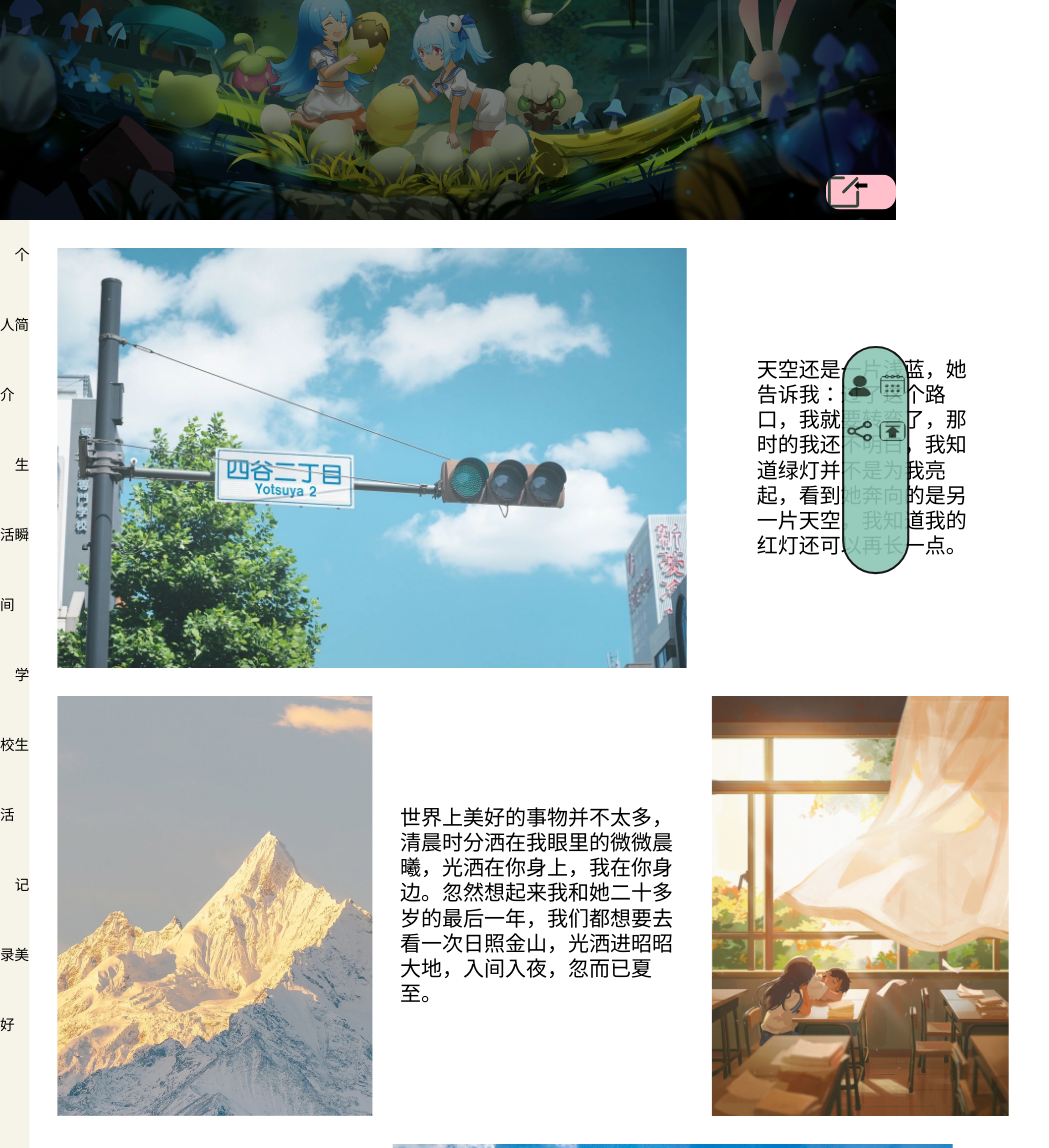
Repository: LuoMingxiang/personal-web
Page: 个人网页.html
The author's editor kept a copy of each file at every save. The page is drawn from the files as they stood at one save, then again after the next save.
The browser window is 1280 px wide. The page is 1481 px wide, then 1499 px, then 1481 px, so the pictures cover 1499 px, including what lies to the right of the window. The pictures show the part of the page from y = 405 to 2045 px (the page is 5415 px tall), at 70% of full size.

Above is the page before, as saved 2022-11-06 21:20:19.
Console error: ReferenceError: $ is not defined

### 个人网页.html
<!DOCTYPE html>
<html lang="en">

<head>
    <meta charset="UTF-8">
    <meta http-equiv="X-UA-Compatible" content="IE=edge">
    <meta name="viewport" content="width=device-width, initial-scale=1.0">
    <title>Personal Page</title>
    <link href="CSS/person.css" rel="stylesheet" type="text/css">
</head>

<body>
    <header>
        <div class="main">
            <ul class="nav">
                <li class="active"><a href="#">首页</a></li>
                <li><a href="https://www.douyin.com/user/MS4wLjABAAAAqLax_QWLrgQVyPnH0NhT_vt7N41OGVWqVMpveifAVXE"
                        target="_blank">记录美好</a>
                </li>
                <li>
                    <a href="#">社交</a>
                    <ul>
                        <a href="https://space.bilibili.com/38588498" target="_blank">Bilibili个人中心</a>
                        <a href="https://www.douyin.com/user/MS4wLjABAAAAqLax_QWLrgQVyPnH0NhT_vt7N41OGVWqVMpveifAVXE"
                            target="_blank">抖音个人中心</a>
                        <a href="https://www.xiaohongshu.com/explore" target="_blank">小红书</a>
                    </ul>
                </li>
                <li>
                    <a href="#introduce">个人简介</a>
                    <ul>
                        <a href="">个人简介1</a>
                        <a href="">个人简介2</a>
                        <a href="">个人简介3</a>
                    </ul>
                </li>
                <li>
                    <a href="#live">生活瞬间</a>
                    <ul>
                        <a href="">生活瞬间1</a>
                        <a href="">生活瞬间2</a>
                        <a href="">生活瞬间3</a>
                    </ul>
                </li>
                <li>
                    <a href="#school">校园生活</a>
                    <ul>
                        <a href="">校园生活1</a>
                        <a href="">校园生活2</a>
                        <a href="">校园生活3</a>
                    </ul>
                </li>
            </ul>
        </div>
        <div class="title">
            <h1>
                <span style="color: rgb(244,96,108);">M</span><span style="color:rgb(230,206,172)">y</span>
                <span style="color: rgb(236, 173, 158);">H</span>o<span
                    style="color: rgb(140, 199, 181);">me</span><span style="color: rgb(209,186,116);">p</span><span
                    style="color: pink;">age</span>
            </h1>
        </div>
    </header>
    <div class="content">
        <div class="container">
            <div class="left-group">
                <!-- 左边区域 -->
                <ul style="line-height:100px;">
                    <li class="personal"><a href="#introduce">个人简介</a></li>
                    <li class="personal"><a href="#live">生活瞬间</a></li>
                    <li class="personal"><a href="#school">学校生活</a></li>
                    <li class="personal"><a href="#photo">记录美好</a></li>
                </ul>
            </div>
            <div class="mid-group">
                <div class="introduce">
                    <div class="introduce_item">
                        <img class="introduce_item_img1" src="images/22.png" alt="">
                        <span class="introduce_item_title1">
                            天空还是一片浅蓝，她告诉我：过了这个路口，我就要转弯了，那时的我还不明白，我知道绿灯并不是为我亮起，看到她奔向的是另一片天空，我知道我的红灯还可以再长一点。
                        </span>
                    </div>
                    <div class="introduce_item">
                        <img class="introduce_item_img2" src="images/23.png" alt="">
                        <span class="introduce_item_title2">
                            世界上美好的事物并不太多，清晨时分洒在我眼里的微微晨曦，光洒在你身上，我在你身边。忽然想起来我和她二十多岁的最后一年，我们都想要去看一次日照金山，光洒进昭昭大地，入间入夜，忽而已夏至。
                        </span>
                        <img class="introduce_item_img2" src="images/35.JPG " alt="">
                    </div>
                    <div class="introduce_item">
                        <span
                            class="introduce_item_title3">微风渐渐拂过，云朵翻涌成夏，夏日欲渐浓郁。在去见你的路上，阳光温暖云朵可爱，柠檬水打翻的瞬间，我看到了夏天，想必风吹过来也是甜甜的吧。</span>
                        <img class="introduce_item_img3" src="images/24.png" alt="">
                    </div>
                    <div class="introduce_item">
                        <img class="introduce_item_img2" src="images/28.png" alt="">
                        <span class="introduce_item_title2">
                            天气好心情就会变好，看周围一切都变得顺眼起来，周围绿树成荫。既然“明天见，就是我会去找你”，那“天气好的话，我们就见面吧：D”

                        </span>
                        <img class="introduce_item_img2" src="images/33.png " alt="">
                    </div>
                </div>
                <div class="live" id="live">生活瞬间</div>
                <div class="school" id="school">学校生活</div>
                <div class="photo" id="photo">
                    <div class="photo_item">
                        <img class="photo_item_img" src="images/42.png" alt="">
                        <img class="photo_item_img" src="images/37.JPG" alt="">
                        <img class="photo_item_img" src="images/5.JPG" alt="">
                    </div>
                    <div class="photo_item">
                        <img class="photo_item_img" src="images/40.jpg" alt="">
                        <img class="photo_item_img" src="images/39.jpg" alt="">
                        <img class="photo_item_img" src="images/41.jpg" alt="">
                    </div>
                    <div class="photo_item">
                        <img class="photo_item_img" src="images/12.JPG" alt="">
                        <img class="photo_item_img" src="images/10.JPG" alt="">
                        <img class="photo_item_img" src="images/14.JPG" alt="">
                    </div>
                </div>
                <div class="board">
                    <p style="font-size: 2em;text-align: center;">留言板</p>
                    <textarea name="" id="" class="liuyan"></textarea>
                    <button class="btn_fabu">发布</button>
                    <ul>
                    </ul>
                </div>
            </div>
            <div class="right-group">
                <div class="slider-bar">
                    <ul>
                        <!-- 个人 -->
                        <li><a href="" style="background-image: url(./icon/person.png);"></a></li>
                        <!-- 日历 -->
                        <li><a href="" style="background-image: url(./icon/calendar.png);"></a></li>
                        <!-- 分享 -->
                        <li><a href="" style="background-image: url(./icon/share.png);"></a></li>
                        <!-- 返回顶部 -->
                        <li><a href="#" class="goBack" style="background-image: url(./icon/returnPage.png);"></a></li>
                    </ul>
                </div>
                <div class="feedback">
                    <div style="background-image: url(./icon/feedback.png);">⬅</div>
                    <!-- <div class="feedback_con">反馈</div> -->
                </div>
            </div>
        </div>
        <div class="foot">foot</div>
    </div>
</body>
<!-- <script src="./JS/person.js" type="text/javascript"></script> -->
<script src="./JS/person.js" type="text/javascript"></script>

</html>

### CSS/person.css

* {
    padding: 0;
    margin: 0;
    font-family: "楷体";

}

header {
    background-image: linear-gradient(rgba(0, 0, 0, 0.5), rgba(0, 0, 0, 0.5)),
    url(../images/2233娘.jpg);
    height: 100vh;
    background-size: cover;
    background-position: center;
}


.main ul {
    float: right;
    list-style-type: none;
    margin: 15px;

}
.nav a{
    display: block;

}
.nav ul{
    display: none;
}

ul li {
    display: inline-block;

}

ul li a {
    text-decoration: none;
    color: #fff;
    padding: 5px 20px;
    border: 1px solid transparent;
    transition: .6s ease;
    border-radius: 20px;

}

ul li a:hover {
    background-color: #fff;
    color: #000;
}

.title {
    position: absolute;
    top: 50%;
    left: 50%;
    transform: translate(-50%, -50%);
}

.title h1,
h1 span {
    color: #fff;
    font-size: 70px;
    font-family: Century Gothic;
}

.left-group,
.right-group {
    width: 200px;
    background-color: #F6F4E8;
    text-align: center;
    font-size: 1.3em;
}

.mid-group {
    flex: 1;
}

.container {
    /* position: absolute; */
    width: 100%;
    display: flex;
    top: 100px;
    bottom: 100px;
}

.personal {
    display: list-item;
    text-align: center;
}

.personal a {
    color: #000;
}

.introduce {
    display: flex;
    flex-direction: column;
}

.introduce_item {
    display: flex;
    font-size: 30px;
    justify-content: center;
    margin-top: 40px;
}

.introduce_item_img1 {
    margin-left: 40px;
    height: 600px;
}

.introduce_item_img2 {
    margin-right: 40px;
    margin-left: 40px;
    height: 600px;
}

.introduce_item_img3 {
    height: 600px;

}

.introduce_item_title1 {
    width: 300px;
    margin-left: 100px;
    line-height: 36px;
    align-self: center;
    padding-right: 100px;
}

.introduce_item_title2 {
    flex: 1;
    align-self: center;
    line-height: 36px;
}

.introduce_item_title3 {
    width: 300px;
    line-height: 36px;
    align-self: center;
    padding-right: 100px;
}

.photo_item {
    display: flex;
    flex: 1;
    margin-top: 110px;
    margin-left: auto;
    margin-right: auto;
}

.photo_item_img {
    margin-left: auto;
    margin-right: 50px;
    float: left;
    height: 500px;
}

.board{
    padding-top: 1em;
    height: 200px;
    text-align: center;
}

.board textarea{
    font-size: 1.5em;
    width: 300px;
    height: 150px;
    border: 3px ;
    border-radius:20px;
    outline: none;
    resize: none;
    overflow: hidden;
    background-color: #FDF5E6;
    padding: 0.7em;

}
.btn_fabu{
    font-size: 2em;
    border: 2px solid #3d649b;
    border-radius:15px;
    background-color: #cdd9e2;
}
.btn_fabu:hover{
    cursor: pointer;
    background-color: #718eb6;
}
.btn_fabu button{
    padding-left: 10px;
    /* background-color: #dbe0bf; */
}
.board ul li {
    display:block;
    width: 380px;
    padding: 8px ;
    background-color: #e8eccf;
    border-radius:20px;
    color: #454c3c;
    font-weight: bolder;
    font-size: 20px;
    margin: 10px auto;
}

.board ul li a{
    float: right;
    color: #1f1cc1;
    padding: 0;
}
.board ul li button{
    border-radius: 15px;
    width: 42px;
    height: 24.4px;
    float: right;
    border: none;
    background-color: transparent;
    color: #d6793d;
    font-weight: bolder;
    font-size: 20px;
    margin-right: 10px;
}
.board ul li button:hover{
    cursor: pointer;
    background-color: #fff;
    border: none;
}
.slider-bar{
    top: 900px;
    width: 90px;
    height: 320px;
    position: absolute;
    border-radius: 50px;
    background:#8cc7b5;
    left: 94%;
    opacity:90%;
    border:solid #000;
    font-weight: bolder;
}
.slider-bar a{
    color: #000;
    background-repeat: no-repeat;
    background-size: 100% 100%;
}
.slider-bar li{
    margin-top: 2em;
}
.feedback div{
    /* left: 93%; */
    right: 0%;
    width: 100px;
    height: 50px;
    background-color: pink;
    position: fixed;
    top: 91%;
    border-radius: 20px;
    border: none;
    font-size: larger;
    background-repeat: no-repeat;
    background-size: contain;
}
.feedback_con{
    right: 0%;
    background-color: blue;
    z-index: -1;
    position: fixed;
    width: 200px;
    height: 50px;
}

### JS/person.js
// 导航下拉菜单栏 js原生实现
// var nav = document.querySelector('.nav');
// var lis = nav.children;
// for (var i = 0; i < lis.length; i++) {
//     lis[i].onmouseover = function () {
//         this.children[1].style.display = 'block';
//     }
//     lis[i].onmouseout = function () {
//         this.children[1].style.display = 'none';
//     }
// }
// jQuery实现 方法一
// $(".nav>li").mouseover(function () {
//     $(this).children("ul").slideDown(200);
// });
// $(".nav>li").mouseout(function () {
//     $(this).children("ul").slideUp(200);
// });
// jQuery实现 方法二
// $(".nav>li").hover(function () {
//     $(this).children("ul").slideDown(200);
// }, function () {
//     $(this).children("ul").slideUp(200);
// });
// jQuery实现 方法三

$(".nav>li").hover(function () {
    // 写stop()是结束动画排队的问题
    $(this).children("ul").stop().slideToggle();

});


var board = document.querySelector('.board');
var text_liuyan = document.querySelector('.liuyan');
var btn_fabu = document.querySelector('.btn_fabu');
var ul_fabu = board.querySelector("ul");
btn_fabu.onclick = function () {
    if (text_liuyan.value == '') {
        alert('您没有输入内容');
        return false;
    } else {
        // (1) 创建元素
        var li = document.createElement('li');
        // 先有li 才能赋值 javascript:;可能会引起未知的错误
        // li.innerHTML = text_liuyan.value + "<a href='#'>删除</a>";
        li.innerHTML = text_liuyan.value + "<a id='delete1' href='javascript:;'>删除</a>" + "  " + "<button id='add1'>+1</button>";
        // (2) 添加元素
        ul_fabu.insertBefore(li, ul_fabu.children[0]);
        // (3) 删除元素
        document.getElementById('delete1').addEventListener('click', function (e) {
            var box = document.getElementById("delete1");
            box.parentNode.remove();
        });
        // (4)留言加一 但未真正实现留言板加一的功能，新增的留言不能实现删除和加一
        document.getElementById('add1').addEventListener('click', function (e) {
            var box = document.getElementById("add1");
            var lili = box.parentNode.cloneNode(true);
            ul_fabu.insertBefore(lili, ul_fabu.children[0]);
        })
    }
}
var sliderbar = document.querySelector('.slider-bar');
var container = document.querySelector('.container');
// console.log(container.offsetTop);
var juli = sliderbar.offsetTop - container.offsetTop;
// console.log(juli);
document.addEventListener('scroll', function () {
    if (window.pageYOffset >= container.offsetTop) {
        sliderbar.style.top = juli + 'px';
        sliderbar.style.position = 'fixed';
    } else {
        sliderbar.style.position = 'absolute';
        sliderbar.style.top = '900px';
    }
});
// 返回顶部 方法二 js实现
var goBack = document.querySelector('.goBack');
goBack.addEventListener('click', function () {
    window.scroll(0, 0);
});
var feedback = document.querySelector('.feedback');
console.log(feedback);

After the next save:
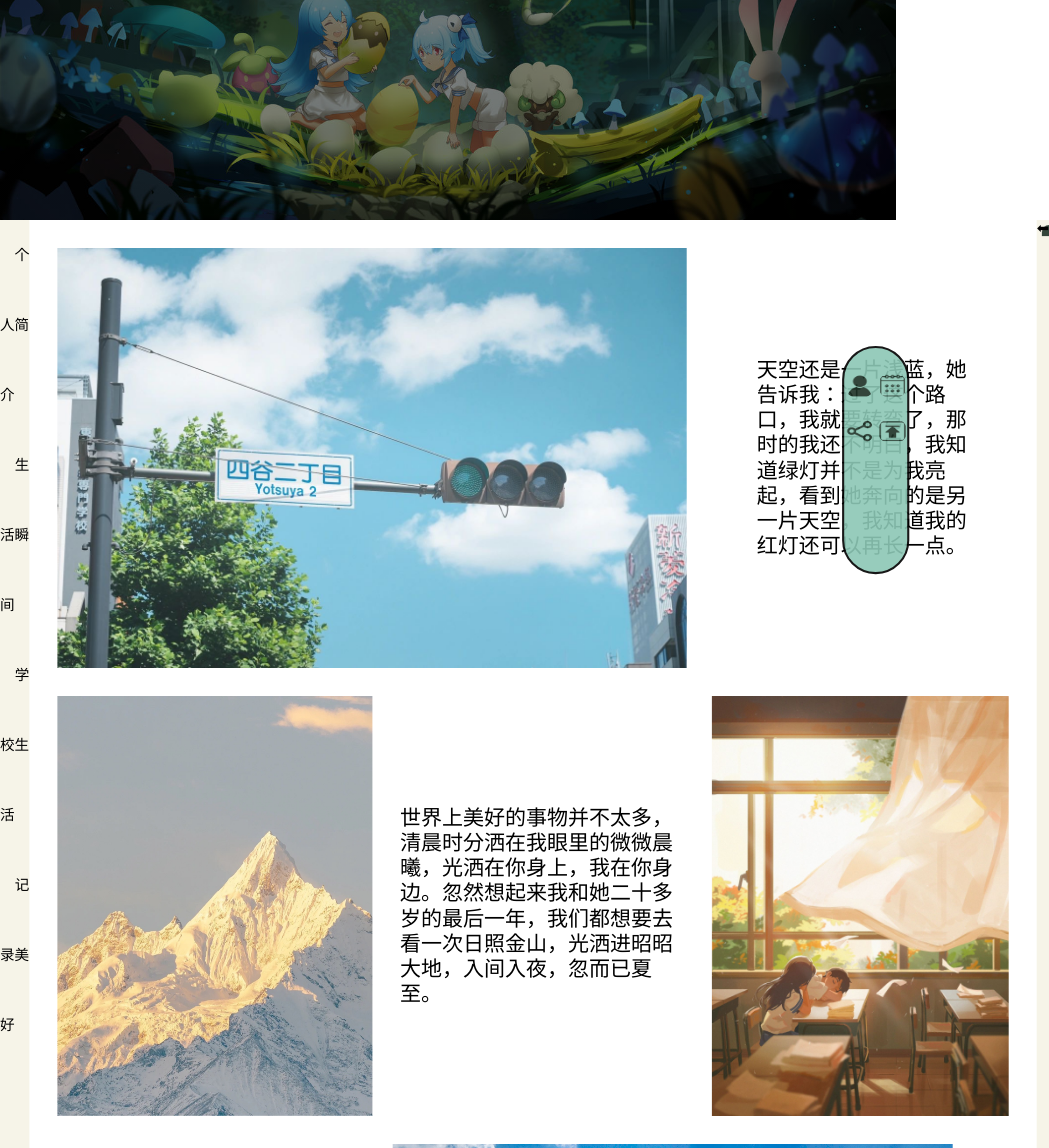
Saved 22 s later.
--- a/个人网页.html
+++ b/个人网页.html
@@ -142,7 +142,7 @@
                     </ul>
                 </div>
                 <div class="feedback">
-                    <div style="background-image: url(./icon/feedback.png);">⬅</div>
+                    <span style="background-image: url(./icon/feedback.png);">⬅</span>
                     <!-- <div class="feedback_con">反馈</div> -->
                 </div>
             </div>

After the save that followed:
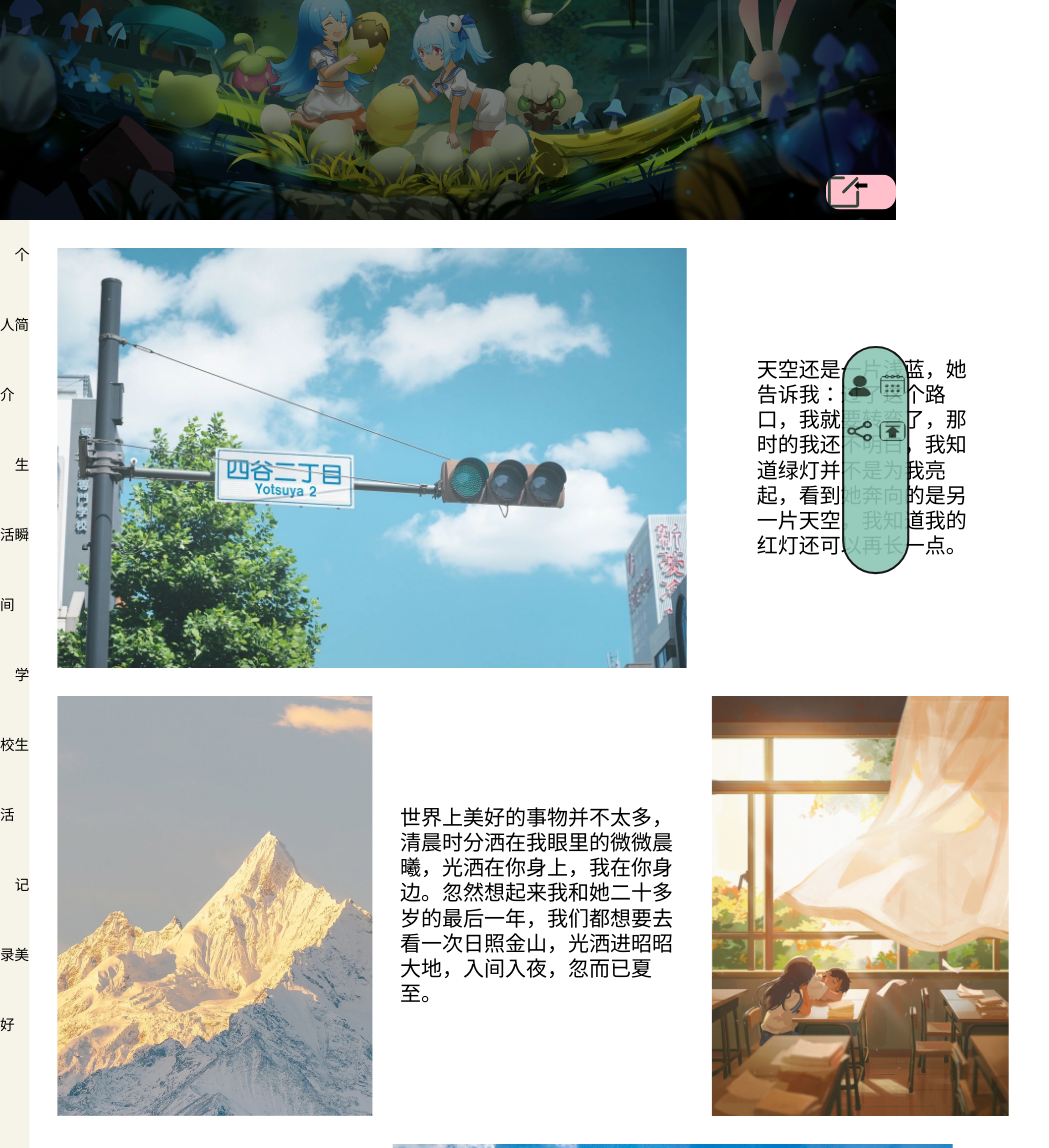
Saved 12 s later.
--- a/个人网页.html
+++ b/个人网页.html
@@ -142,7 +142,7 @@
                     </ul>
                 </div>
                 <div class="feedback">
-                    <span style="background-image: url(./icon/feedback.png);">⬅</span>
+                    <div style="background-image: url(./icon/feedback.png);">⬅</div>
                     <!-- <div class="feedback_con">反馈</div> -->
                 </div>
             </div>
